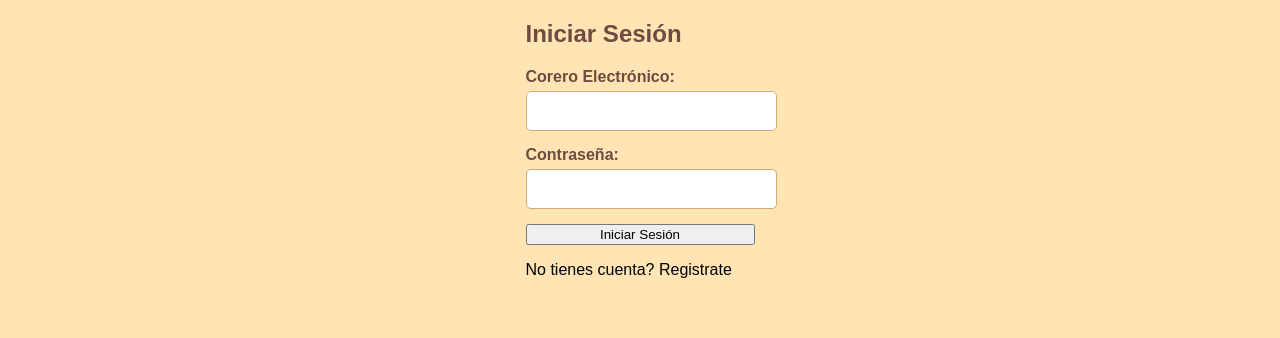
Repository: adriarodrisan/PetLover
Page: Paginas_web/Inicio_Sesion.html
These files come from the project's save history. The page is drawn as it stood at one moment and after the next save; the edit follows.
The browser window is 1280 px wide. The pictures show the whole page.

Above is the page before, as saved 2025-02-27 14:36:35.

After the next save:
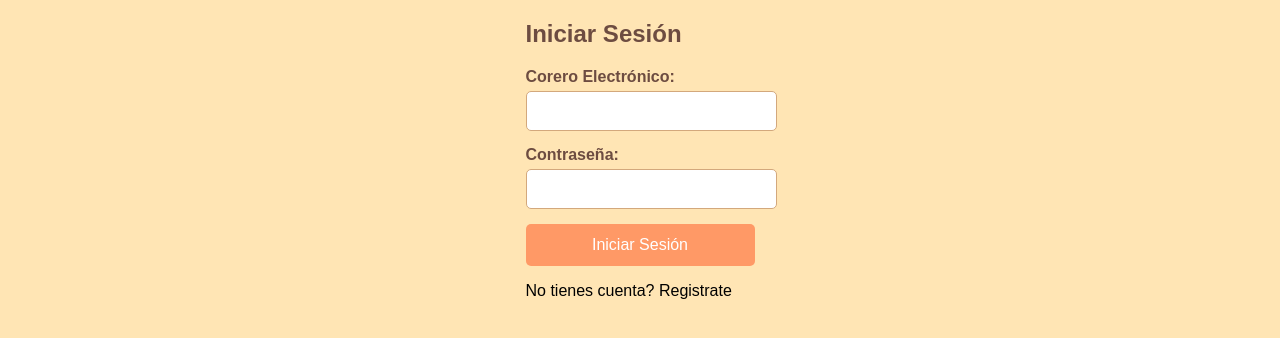
Saved 82 s later.
--- a/Css_Paginas/Inicio_Session.css
+++ b/Css_Paginas/Inicio_Session.css
@@ -37,3 +37,12 @@
     width: 100%;
 
 }
+button{
+    background-color: #FF9966;
+    color: white;
+    padding: 12px;
+    border: none;
+    border-radius: 5px;
+    cursor: pointer;
+    font-size: 1rem;
+}
